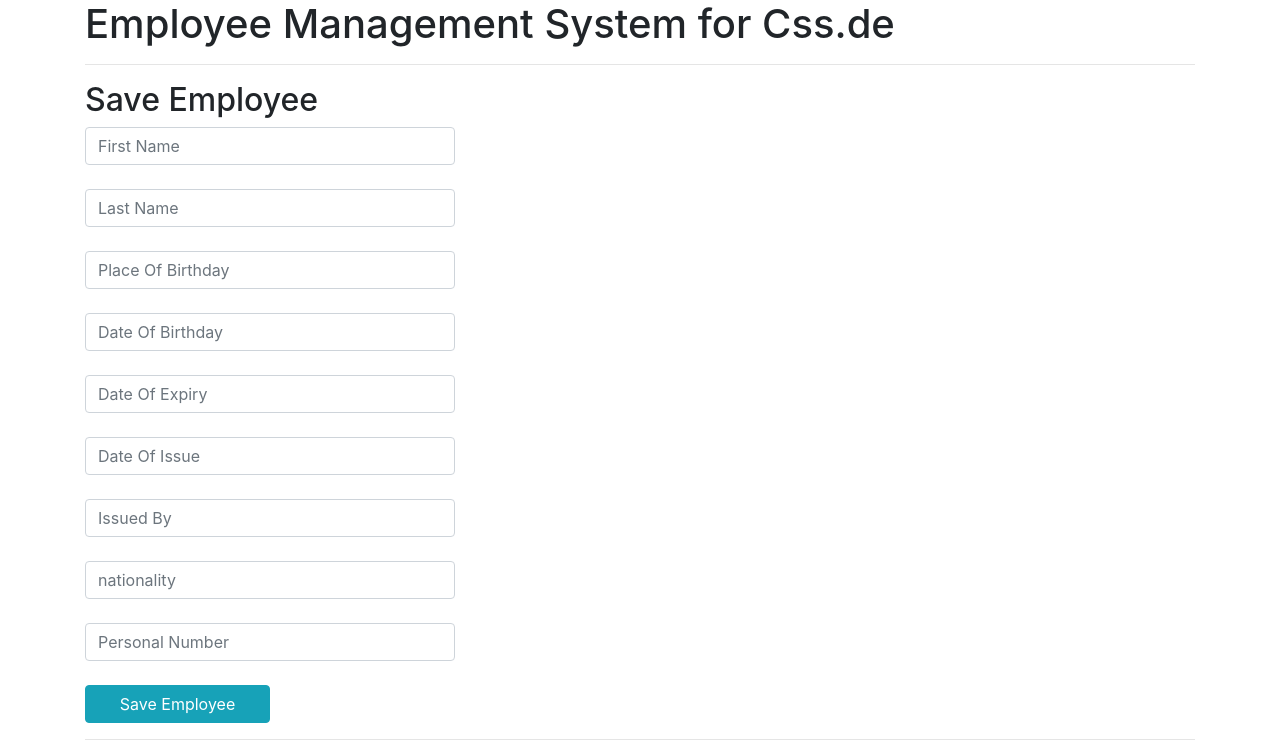
Repository: Len2/Topic4
Page: src/main/resources/templates/newIdCard.html
The author's editor kept a copy of each file at every save. The page is drawn from the files as they stood at one save, then again after the next save.
The browser window is 1280 px wide. The pictures show the whole page.

Above is the page before, as saved 2020-09-06 17:51:02.

### src/main/resources/templates/newIdCard.html
<!DOCTYPE html>
<html lang="en" xmlns:th="http://www.thymeleaf.org">
<head>
<meta charset="ISO-8859-1">
<title>Employee Management System for Css.de</title>
<link rel="stylesheet"
	href="https://stackpath.bootstrapcdn.com/bootstrap/4.1.3/css/bootstrap.min.css"
	integrity="sha384-MCw98/SFnGE8fJT3GXwEOngsV7Zt27NXFoaoApmYm81iuXoPkFOJwJ8ERdknLPMO"
	crossorigin="anonymous">
</head>
<body>
	<div class="container">
		<h1>Employee Management System for Css.de</h1>
		<hr>
		<h2>Save Employee</h2>

		<form action="#" th:action="@{/saveIdCard}" th:object="${identity_card}"
            method="POST">

            <!-- <input type="text" th:field="*{id}" /> -->
			<input type="text" th:field="*{firstName}"
            placeholder="First Name" class="form-control mb-4 col-4">

            <input type="text" th:field="*{lastName}"
            placeholder="Last Name" class="form-control mb-4 col-4">

            <input type="text" th:field="*{placeOfBirthday}"
            placeholder="Place Of Birthday" class="form-control mb-4 col-4">

            <input type="datetime" th:field="*{dateOfBirthday}"
            placeholder="Date Of Birthday" class="form-control mb-4 col-4">

            <input type="datetime" th:field="*{dateOfExpiry}"
            placeholder="Date Of Expiry" class="form-control mb-4 col-4">

            <input type="datetime" th:field="*{dateOfIssue}"
            placeholder="Date Of Issue" class="form-control mb-4 col-4">

            <input type="text" th:field="*{issuedBy}"
            placeholder="Issued By" class="form-control mb-4 col-4">

            <input type="text" th:field="*{nationality}"
            placeholder="nationality" class="form-control mb-4 col-4">

            <input type="number" th:field="*{personalNumber}"
            placeholder="Personal Number" class="form-control mb-4 col-4">

				<button type="submit" class="btn btn-info col-2"> Save Employee</button>
		</form>

		<hr>

		<!-- <a th:href = "@{/}"> Back to Employee List</a> -->
	</div>
</body>
</html>

After the next save:
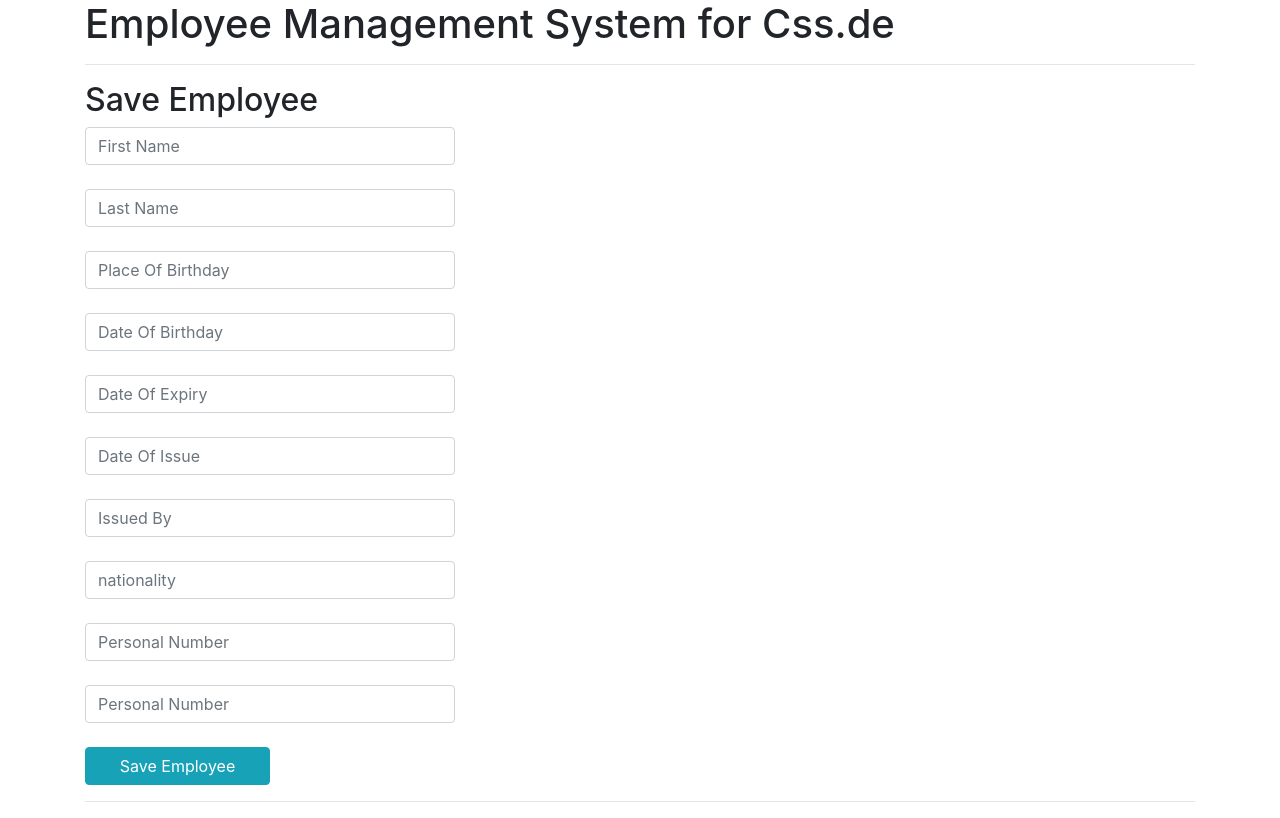
Saved 14 s later.
--- a/src/main/resources/templates/newIdCard.html
+++ b/src/main/resources/templates/newIdCard.html
@@ -45,6 +45,9 @@
             <input type="number" th:field="*{personalNumber}"
             placeholder="Personal Number" class="form-control mb-4 col-4">
 
+            <input type="number" th:field="*{personalNumber}"
+            placeholder="Personal Number" class="form-control mb-4 col-4">
+
 				<button type="submit" class="btn btn-info col-2"> Save Employee</button>
 		</form>
 
